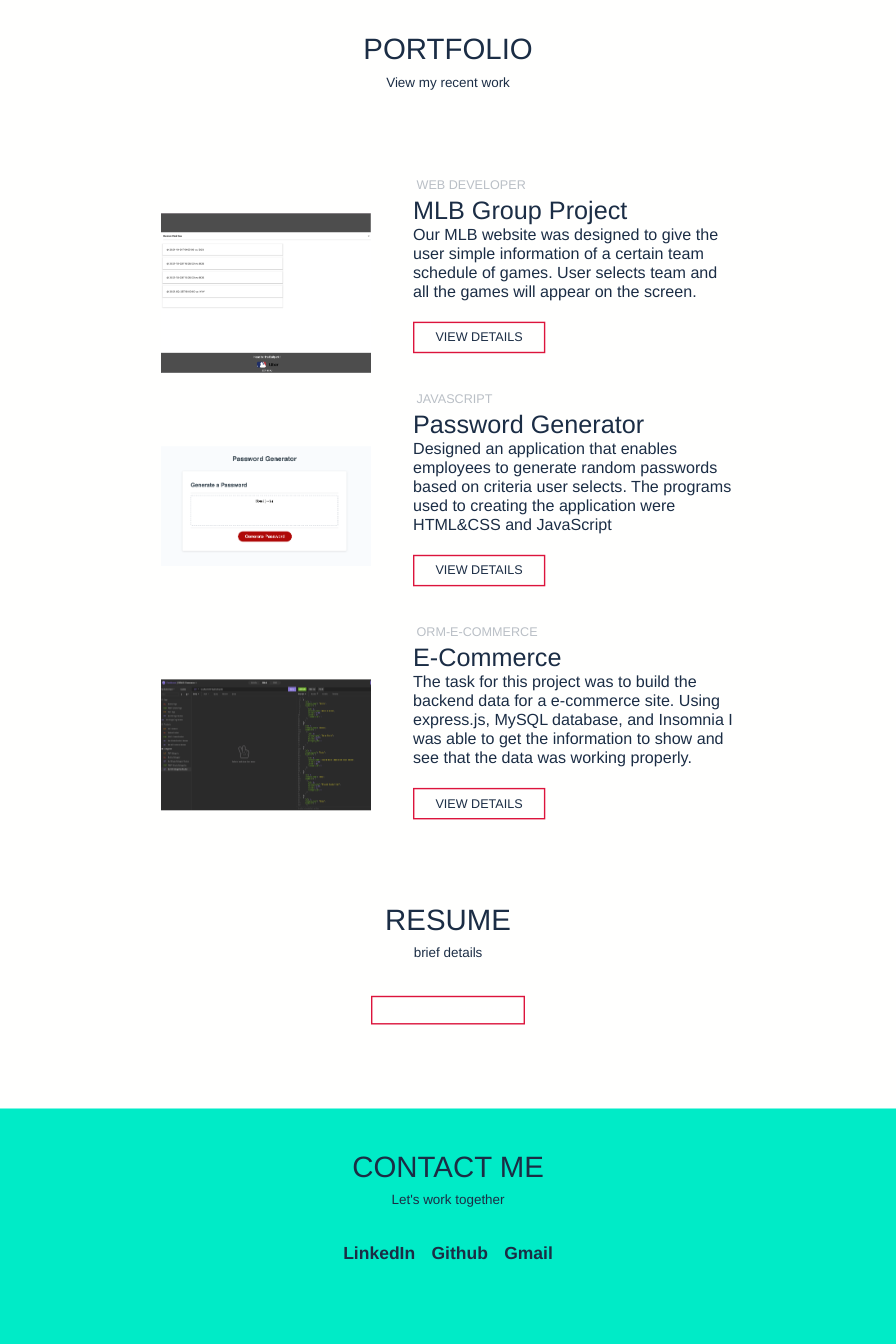
Repository: jb150524/JB-Portfolio
Page: index.html
An editor plug-in stored every save of this project. The page is shown before and after the next save, followed by the edit.
The browser window is 1280 px wide. The pictures show the part of the page from y = 2312 to 4232 px (the page is 4364 px tall), at 70% of full size.
Some web libraries are served in a nearby version.

Above is the page before, as saved 2021-09-25 21:39:46.

### index.html
<!DOCTYPE html>
<!-- saved from url=(0053)file:///Users/jja/FullStack_HW/juanwebsite/index.html -->

    <html lang="en"><head><meta http-equiv="Content-Type" content="text/html; charset=UTF-8">

    <meta http-equiv="X-UA-Compatible" content="IE=edge">
    <meta name="viewport" content="width=device-width, initial-scale=1.0">

    <!-- CSS style sheet -->
    <link rel="stylesheet" href="style.css">

    <!-- adding icons  -->
    <script src="https://kit.fontawesome.com/11dfd97c40.js" crossorigin="anonymous"></script>

    <title>Juan's Portfolio</title>
    </head>

    <body>
      <header>
      <nav class="top-nav">
        <ul class="nav-list">
        <li>
        <a href="file:///Users/jja/FullStack_HW/juanwebsite/index.html">Home</a>
        <a href="file:///Users/jja/FullStack_HW/juanwebsite/index.html#about">About</a>
        <a href="file:///Users/jja/FullStack_HW/juanwebsite/index.html#portfolio">Portfolio</a>
        <a href="file:///Users/jja/FullStack_HW/juanwebsite/index.html#resume">Resume</a>
        <a href="file:///Users/jja/FullStack_HW/juanwebsite/index.html#contact">Contact</a>
        </li>
        </ul>
      </nav>

    <div class="main">
      <div class="landing-text">
        <h1>JuanByrne</h1>
        <h6>Graphic Designer and Full Stack Web Developer</h6>
      </div>
    </div>
    </header>

    <section class="about" id="about">
      <div class="container">
          <a class="about-details">
        <div class="about-heading">
          <h1>About</h1>
          <h6>Myself</h6>
        </div>
          <p>
          I'm a Graphic Designer trying to become a full stack developer. I am from Guadalajara, Mexico. I was born in Mexico, but at a young age I moved to the USA. One of my favorite hobbies is playing competative soccer. Playing soccer has taught me perseverance, how to be a team player, and most importantly how to lose. I currently live in Wayne, Pennsylvania, but have previously lived in Guadalajara, Mexico and Orange County, California. I want to become a web developer because I want to learn a skill that motivates me and pushes me to try new things. I am excited about web developing and want a career that gives me a spark, like I get when I play soccer, with competitiveness, passion, and the belief that I can succeed.
          </p>
          </a>
      </div>
    </section>

      <a class="about-details">
        <section class="experience" id="experience">
            <div class="container">
              <div class="section-heading">
                <h1>Experience</h1>
                <h6>What I can do for you</h6>
              </div>
          <div class="my-skills">
          <div class="skills" alt ="">
            <div class="icon-container">
              <i class="fas fa-layer-group"></i>
            </div>
            <h1>Graphic Designer</h1>
            <p>
            I'm a Graphic Designer with two years of experience working in the advertising industry. Possesses a high degree of competence using programs such as Adobe Photoshop, InDesign, Illustrator, and HTML & CSS.
            </p>
          </div>

        <div class="skills">
          <div class="icon-container">
            <i class="fas fa-laptop-code"></i>
          </div>
              <h1>Web Development</h1>
              <p>
              I'm a full stack developer. I have a strong understanding and concepts in web development: HTML5&CSS, JavaScript, jQuery, command lines, API consumption and much more.
              </p>
            </div>
          </div>
        </div>
      </section>
    </a>

      <section class="portfolio" id="portfolio"><a class="about-details"></a>
        <div class="container"><a class="about-details">
          <div class="section-heading">
            <h1>Portfolio</h1>
            <h6>View my recent work</h6>
            </a>
            </div>
          </div>
          <div class="portfolio-item"><a class="about-details">
            <div class="portfolio-img has-margin-right">
              <img src="images/MLB Site.png" alt="">
            </a>
            </div>
              <div class="portfolio-description"><a class="about-details">
              <h6>Web Developer</h6>
              <h1>MLB Group Project</h1>
              <p>
              Our MLB website was designed to give the user simple information of a certain team schedule of games. User selects team and all the games will appear on the screen.
              </p>
              </a>
            <a href="file:///Users/jja/FullStack_HW/juanwebsite/index.html#" class="cta"> View Details</a>
        </div>
      </div>
    <div>

     <div class="portfolio-item">
          <div class="portfolio-img has-margin-right">
            <img src="images/passGenerator.png" alt="">
            </div>
            <div class="portfolio-description">
            <h6>Javascript</h6>
            <h1>Password Generator</h1>
            <p>
            Designed an application that enables employees to generate random passwords based on criteria user selects. The programs used to creating the application were HTML&CSS and JavaScript
            </p>
            <a href="file:///Users/jja/FullStack_HW/juanwebsite/index.html#" class="cta"> View Details</a>
            </div>
        </div>

      <div>
          <div class="portfolio-item">
            <div class="portfolio-img has-margin-right">
              <img src="images/E-Commerce.png" alt="">
              </div>
              <div class="portfolio-description">
              <h6>ORM-E-Commerce</h6>
              <h1>E-Commerce</h1>
              <p>
              The task for this project was to build the backend data for a e-commerce site. Using express.js, MySQL database, and Insomnia I was able to get the information to show and see that the data was working properly.
              </p>
              <a href="file:///Users/jja/FullStack_HW/juanwebsite/index.html#" class="cta"> View Details</a>
            </div>
          </div>
      </div>
    </section>

    <section class="resume" id="resume">
      <div class="container">
        <div class="section-heading">
          <h1>Resume</h1>
          <h6>brief details</h6>
          <!-- <input type="button" value="Download!"> -->
          <a href="./images/FullStackDeveloper2021Resume.pdf" class="cta">Download Resume</a>
        </div>
      </div>

    <section class="contact" id="contact">
        <div class="container">
          <div class="section-heading">
          <h1>Contact Me</h1>
          <ul>
          <li>
          <h6>Let's work together</h6>
          <a href="https://www.linkedin.com/in/juan-byrne-43869ab7/">LinkedIn</a>
          <a href="https://github.com/jb150524">Github</a>
          <a href="file:///Users/jja/FullStack_HW/juanwebsite/juan1505@gmail.com">Gmail</a>
          </li>
          </ul>
        </div>
       </div>
    </section>

    <footer class="copyright">
      <p>© 2021 Juan Byrne</p>
    </footer>
  </section>


</body>
</html

### style.css
/* Start global*/

* {
    margin: 0;
    padding: 0;
    box-sizing: border-box;
}

html {
    font-size: 12px;
    font-family: Helvetica, sans-serif;
    /* color: rgb(255, 255, 255); */
}

body {
    width: 100%;
    height: 100%;
    background-color: #fffffe;
    background-size: cover;
}

section {
    padding: 60px 0;
}

h6 {
    color: #1b2d45;
    margin: 5px;
}

a {
    text-decoration: none;
    color: #1b2d45;
}

.cta {
    display: inline-block;
    padding: 10px 30px;
    color: white;
    background-color: transparent;
    border: 2px solid crimson;
    font-size: 15px;
    text-transform: uppercase;
    letter-spacing: ;
}

p {
   font-size: 23px;
   font-weight: 300;
   color: #1b2d45;
}



img {
    max-width: 100%;
    height: auto;
}

.main {
    padding: 16px;
    margin-top: 30px;
    height: 1500px; /* Used in this example to enable scrolling */
  }

/* Start reusable*/

.container {
    width: 50%;
    max-width: 120rem;
    height: 100%;
    margin: 0 auto;
    position: relative;
}

.container-details p {
    font-size: 200px;
    padding: 35px;
}

.section-heading {
    text-align: center;
    margin-bottom: 10rem;
}

.section-heading h1 {
    font-family: major mono display, Helvetica, sans-serif;
    font-size: 3.5rem;
    color: #1b2d45;
    text-transform: uppercase;
    font-weight: 300;
    position: relative;
    margin-bottom: 1rem;
}

.section-heading h1::before,
.section-heading h1::after {
    content: "";
    position: absolute;
    bottom: -.5rem;
    left: 50%;
    transform: translateX(-59%);
    background: color #fff8e8;
}

.section-heading h1::before {
    width: 10rem;
    height: 3px;
    border-radius: .8rem;
}

.section-heading h1::after {
    height: 1.5rem;
    border-radius: .100%;
    bottom: 1rem;
}

.section-heading h6 {
    font-size: 1.6rem;
    font-weight: 300;
    margin-bottom: 50px;
}

.has-margin-right {
    margin-right: 5rem;
}
/* End reusable*/

/* Start header*/
header {
    width: 100%;
    height: 100vh;
}

.nav-list {
    z-index: 2;
    top: 0;
    background:#00ebc7;
    overflow: hidden;
    font-size: 35px;
    font-family: major mono display;
    margin: 0;
    padding: 20px;
    position: fixed;
    list-style: none;
    width: 100%;
    display: flex;
    justify-content: center;
    align-items: flex-start;
    text-decoration: none;
}

li {
    margin: 0;
    list-style: none;
}

.nav-link {
    font-family: Arial, Helvetica, sans-serif;
    font-size: 15px;
    padding: 5px;
}

.nav-link:hover,
.nav-ink:focus {
    background: linear-gradient(to top, #5725b3, #9e91e9 );
    -webkit-background-clip: text;
    -webkit-text-fill-color: transparent;

}

.landing-text{
    position: absolute;
    top: 50%;
    left: 50%;
    transform: translate(-50%, -50%);
    width: 100%;
    text-align: center;
    z-index: 1;
}

.landing-text h1 {
    font-size: 150px;
    font-family: major mono display, Helvetica, sans-serif, Helvetica, sans-serif;
    background: linear-gradient(to top, #110202, #000000 );
    -webkit-background-clip: text;
    -webkit-text-fill-color: transparent;
    padding: 1rem;
    user-select: none;

}

.landing-text h6 {
    font-size: 2rem;
    font-weight: 300;
}
/* End header*/

.about .container {
    display: flex;
    align-items: center;
    justify-content: center;
}

.about-heading {
    text-align: center;
    text-transform: uppercase;
    line-height: 10px;
    margin-bottom: 6rem;
}

.about-heading h1 {
    font-size: 10rem;
    opacity: .3;
    font-family: major mono display;
}

.about-heading h6 {
    font-size: 2rem;
    font-weight: 300;
}

/* .about-container p {
   font-size: 50px;
} */

.profile-img {
    max-width: 100%;
    display: inline-block;
}

/* Start services*/

.my-skills {
    display: grid;
    /* grid-template-columns: repeat(auto-fit, min max(25rem, 1fr)); */
    grid-gap: 2.5rem;
    text-align: center;
}

.skills p {
    padding: 15px 5px 5px 5px;
    text-align: left;
}

.skills h1 {
    text-transform: uppercase;
    letter-spacing: 2px;
    margin: 2rem -2px 2rem 0;
}

.icon-container {
    width: 10rem;
    height: 10rem;
    border: 2px solid #1b2d45;
    background-color: #00ebc7;
    margin-bottom: 2rem;
    display: inline-block;
}

.icon-container .fas {
    margin: 27px -35px 0px -36px;
}

.icon-container i {
    color:#1b2d45;
    font-size: 5rem;
    margin: auto;
}
/* End services*/

/* Start portfolio*/

.portfolio-item {
    display: flex;
    align-items: end;
    justify-content: center;
    flex-direction: row;
    flex-wrap: wrap;
    align-content: stretch;
    margin-bottom: 50px;

}
.portfolio-img {
    width: 300px;
    height: 200px;
    background-size: 100%;
}

.portfolio-item:last-child {
    margin: 0;
}

.portfolio-description {
    flex: .5;
    color: #1b2d45;

}

.portfolio-description h1 {
    font-size: 3rem;
    font-weight: 300;
    margin: 1px 0;
    display: contents;
}

.portfolio-description h6 {
    font-size: 1.5rem;
    text-transform: uppercase;
    font-weight: 300;
    opacity: 0.3;
}

.portfolio-description .cta {
    display: inline-block;
    margin-top: 2.5rem;
    font-size: 1.5rem;
    text-transform: uppercase;
    color: #1b2d45;
    transition: color 650ms;
}

.portfolio-description .cta:hover {
    color: #2f67cd;
}
/* End portfolio*/


/*Star contact*/

.contact {
    background-color:#00ebc7;
}

.contact a {
    font-weight: bold;
    margin: 10px;
    margin-top: 20px;
    padding: 15px 0;
    text-align: center;
    font-size: 25px;
}

/*End contact*/

/*Star footer*/

.copyright {
    width: 100%;
    text-align: center;
    background-color:#ff5470;
    padding: 2rem 0;
    position: absolute;
    display: block;
}

/* .up {
    position: absolute;
    width: 5rem;
    height: 5rem;
    background-color: burlywood;
    top: -2.5rem;
    right: 5rem;
    border-radius: 100%;
    display: flex;
    animation: pulse 2s infinite;
    cursor: pointer;
}

.up i {
    color: navy;
    font-size: 2rem;
    margin: auto;
} */

.copyright p {
    font-size: 1.4rem;
}
/*End footer*/

/*Start Button animation*/

@keyframes pulse {
    0%{
        box-shadow: 0 0 0 0 rgba(253, 87, 191, 0.99);
    }
    70%{
        box-shadow: 0 0 0 2rem rgba(253, 87, 191, 0);
    }
    100%{
        box-shadow: 0 0 0 0 rgba(253, 87, 191, 0);
    }
}
/*End Button animation*/

/*Start media queries*/

@media screen and (max-width: 768px) {
    body {
        background-color: #fffffe;
        background-size: cover;
    }

    .landing-text h1 {
        font-size: 70px;
    }

    .landing-text h6 {
        font-size: 1.7rem;
    }

    .nav-list {
        font-size: 15px;
    }

    li {
        margin: 2rem 0;
    }

    .nav-ink {
        font-size: 4.5rem;
    }

    .about-heading {
        font-size: 15px;
    }

    .section-heading h1 {
        font-size: 3rem;
    }

    .about-details .nav-list {
        flex-direction: initial;
    }

    .about-details li {
        font-size: 10px;
        margin: 0 2rem;
    }

@media screen and (max-width: 600px) {

    .landing-text h1 {
        font-size: 8rem;
    }

    .landing-text h6 {
        font-size: 1.4rem;
    }

    .nav-link {
        font-size: 3.5rem;
    }

    .profile-img {
        margin-top: 0 0 7rem 0;
    }

    .portfolio-item {
        flex-direction: column;
    }

    .portfolio-img {
        margin: 0 0 2rem 0;
        order: 1;
    }

    .portfolio-description {
        margin: 0;
        order: 2;
    }

    form {
        width: 100%;
    }

    .up {
        right: 2rem;
    }
}
/*End media queries*/

After the next save:
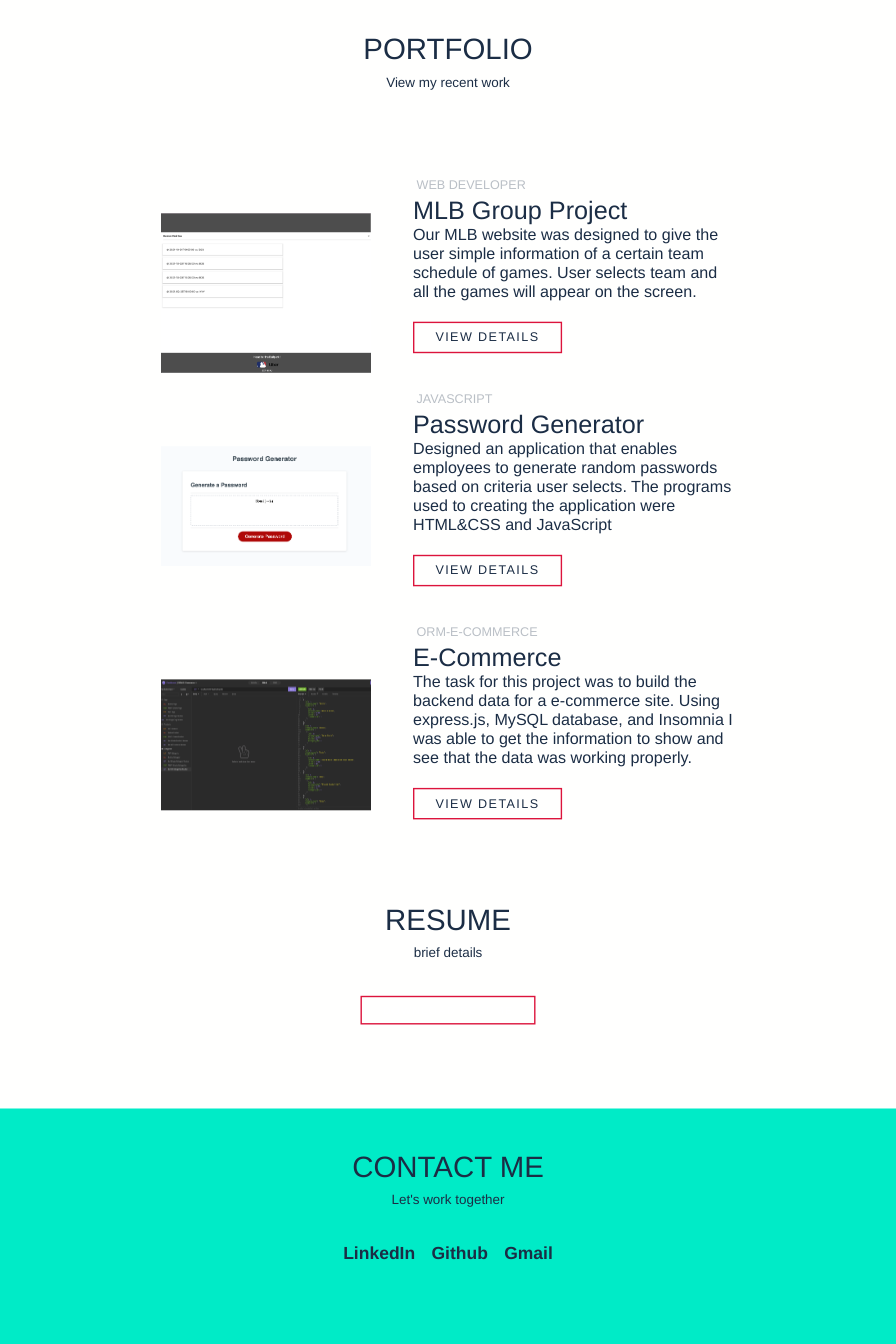
Saved 4 s later.
--- a/style.css
+++ b/style.css
@@ -41,7 +41,7 @@
     border: 2px solid crimson;
     font-size: 15px;
     text-transform: uppercase;
-    letter-spacing: ;
+    letter-spacing: 2px;
 }
 
 p {
